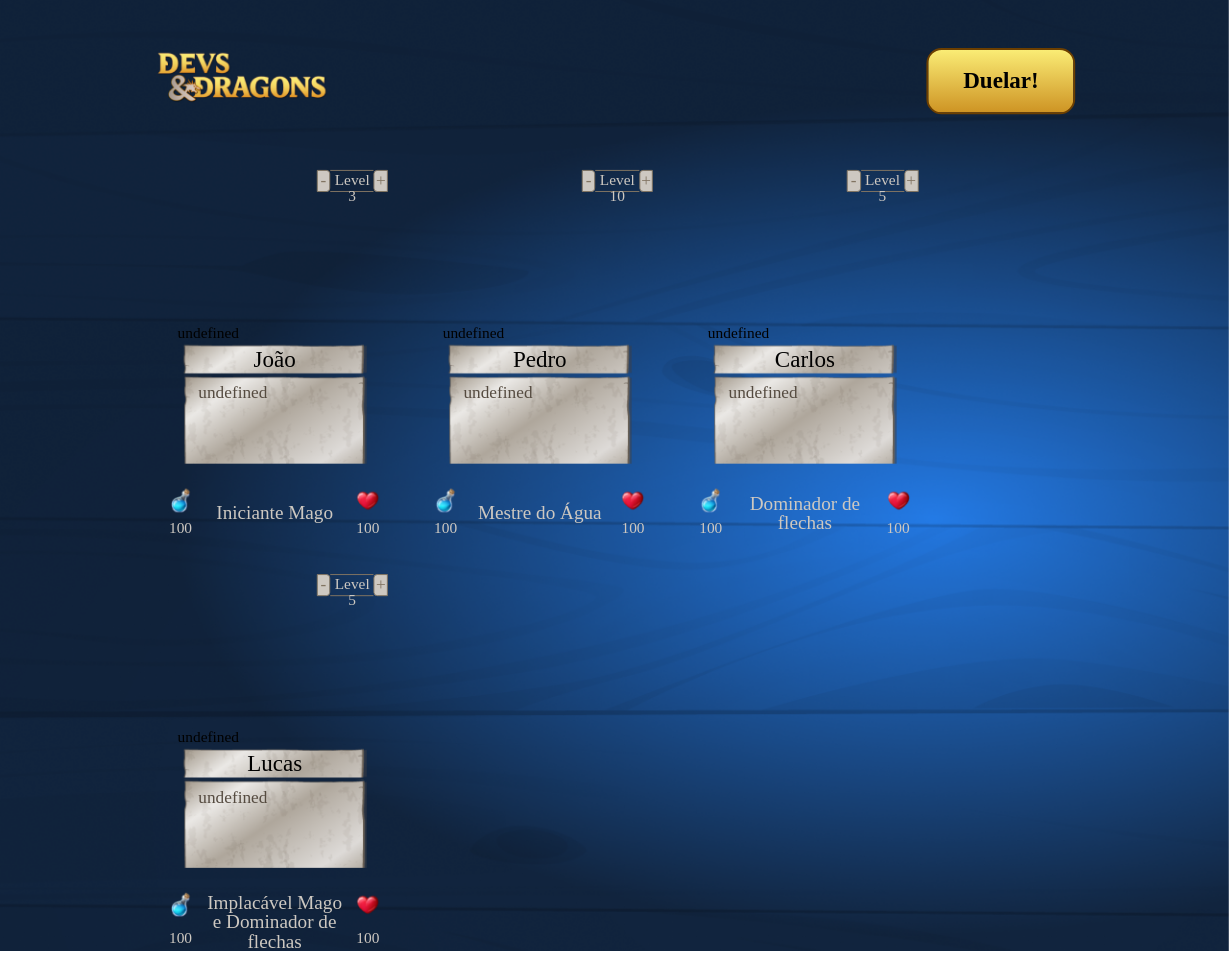
Repository: joaoPraiaJunior/js-classes-herencas-poo
Page: index.html
The author's editor kept a copy of each file at every save. The page is drawn from the files as they stood at one save, then again after the next save.
The browser window is 1280 px wide. The pictures show the whole page, at 96% of full size.
Some web fonts or font styles are not loaded; a fallback is used.

Above is the page before, as saved 2024-09-09 22:12:58.

### index.html
<!DOCTYPE html>
<html lang="pt-BR" dir="ltr">

<head>
    <meta charset="UTF-8">
    <meta http-equiv="X-UA-Compatible" content="IE=edge">
    <meta name="viewport" content="width=device-width, initial-scale=1.0">
    <title>Cartas Personagens</title>
    <link rel="stylesheet" href="./src/assets/css/reset.css">
    <link rel="stylesheet" href="./src/assets/css/style.css">
    <link rel="stylesheet" href="./src/assets/css/modal.css">
    <link rel="icon" type="image/x-icon" href="./src/assets/img/favicon.png">
    <link href="https://fonts.googleapis.com/css2?family=Smythe&family=UnifrakturMaguntia&display=swap"
        rel="stylesheet">
    <link href="https://maxcdn.bootstrapcdn.com/font-awesome/4.7.0/css/font-awesome.min.css" rel="stylesheet">
</head>

<body>
    <header>
        <h1 class="titulo"><img src="./src/assets/img/logo.png" alt="logo Devs&Dragons"></h1>
        <button class="botao-duelar">Duelar!</button>
    </header>

    <ul id="personagens" class="personagens"></ul>

    <div class="fundo-modal" id="fundo-modal"></div>
    <div class="modal" id="modal">
        <img src="./src/assets/img/trofeu.png" alt="">
        <span class="mensagem"></span>
        <button class="modal-fechar-botao" id="fechar-botao"><i class="fa fa-times"></i></button>
    </div>

    <script type="module" src="./src/index.js"></script>
</body>

</html>

### src/assets/css/style.css
:root {
    --fonte-titulo-cartas: 'UnifrakturMaguntia', cursive;
    --fonte-textos: 'Smythe', cursive;
}

/*Genéricos*/

body {
    font-family: var(--fonte-textos);
    background-image: url(../img/fundo-madeira.png);
    height: 100vh;
}

header,
.personagens {
    width: 75%;
    margin: auto;
}

header {
    display: flex;
    justify-content: space-between;
    margin-top: 50px;
    margin-bottom: 50px;
    max-width: 1357px;
}

.titulo {
    color: white;
    font-size: 48px;
}

.botao-duelar {
    background: linear-gradient(180deg, #FAEC75 0%, #CE9424 100%);
    border: 2px solid #6C3F00;
    border-radius: 16px;
    font-family: var(--fonte-titulo-cartas);
    font-weight: 700;
    font-size: 24px;
    line-height: 31px;
    padding: 8px 36px;
}

.personagens {
    display: flex;
    flex-wrap: wrap;
    gap: 1.5rem;
    max-width: 1357px;
}

.personagem {
    width: 252.18px;
    cursor: pointer;
    transition: all 0.3s;
}

.personagem.selecionado {
    transform: translateY(-1.25rem);
}

.container-superior {
    height: 332px;
    position: relative;
}

.cabecalho {
    display: flex;
    justify-content: space-between;
    margin-bottom: 137px;
}

.combate {
    height: 53.33px;
    width: 53.33px;
    background-size: contain;
}

.level {
    height: 22.86px;
    display: flex;
    width: 74.66px;
    align-items: center;
    margin-top: 8px;
    margin-right: 8px;
    position: relative;
    z-index: 99;
}

.aumentar-level,
.diminuir-level {
    font-family: var(--fonte-textos);
    color: #817462;
    font-size: 18px;
    background-color: #CDC8C1;
    width: 14.86px
}

.aumentar-level {
    border: 1px solid #817462;
    border-radius: 4px 0 0 4px;
}

.diminuir-level {
    border: 1px solid #817462;
    border-radius: 0 4px 4px 0;
}

.level-texto {
    width: 45.71px;
    border-bottom: 1px solid #817462;
    border-top: 1px solid #817462;
    color: #CDC8C1;
    text-align: center;
    height: 22.86px;
    padding-top: 2px;
}

.container-imagem {
    height: 160px;
    height: 166px;
    width: 79%;
    position: absolute;
    top: 21px;
    left: 25px;
}

.imagem {
    height: 148.56px;
}

.container-static tipo {
    background-image: url(../img/tarja-azul.png);
    background-repeat: no-repeat;
    height: 40px;
    width: 78%;
    position: absolute;
    top: 125px;
    left: 25px;
}

.static tipo {
    font-family: var(--fonte-titulo-cartas);
    text-align: center;
    padding: 12px 0;
    font-weight: 700;
    font-size: 22px;
}

.container-nome {
    background-image: url(../img/fundo-nome.png);
    background-repeat: no-repeat;
    height: 31.63px;
    width: 191px;
    margin: auto;

}

.nome {
    font-size: 24px;
    line-height: 30px;
    text-align: center;

}

.container-descricao {
    background-image: url(../img/fundo-descricao.png);
    background-repeat: no-repeat;
    height: 92px;
    width: 191px;
    margin: auto;
}

.descricao {
    font-size: 18px;
    line-height: 21px;
    color: #554B40;
    padding: 8px 16px;
}

.container-inferior {
    height: 65px;
    gap: 8px;
    display: grid;
    padding: 8px 16px;
    grid-template-columns: auto 1fr auto;
    grid-template-areas:
        "mana insignia vida"
        "valor-mana insignia valor-vida";
}

.mana,
.vida,
.insignia {
    color: #CDC8C1;
}

.mana {
    grid-area: valor-mana;
}

.vida {
    grid-area: valor-vida;
}

.icone-vida {
    grid-area: vida;
}

.icone-mana {
    grid-area: mana;
}

.insignia {
    grid-area: insignia;
    justify-self: center;
    align-self: center;
    font-size: 20px;
    text-align: center;

}

/*Mago*/

.Mago .container-superior {
    background-image: url(../img/fundo-carta-verde.png);
}

.Mago .container-inferior {
    background-image: url(../img/retangulo-verde.png);
}

.Mago .combate {
    background-image: url(../img/combate-mago.png);
}

.Mago .level-texto {
    background: radial-gradient(#1F270A, #66A002);
}

.Mago .imagem {
    background-image: url(../img/mago.png);
    background-repeat: no-repeat;
}

/*Arqueiro*/

.Arqueiro .container-superior {
    background-image: url(../img/fundo-carta-azul.png);
}

.Arqueiro .container-inferior {
    background-image: url(../img/retangulo-azul.png);
}

.Arqueiro .combate {
    background-image: url(../img/combate-arqueiro.png);
}

.Arqueiro .level-texto {
    background: radial-gradient(#072041, #145BAB);
}

.Arqueiro .imagem {
    background-image: url(../img/arqueiro.png);
    background-repeat: no-repeat;
}

/*Guerreiro*/

.Guerreiro .container-superior {
    background-image: url(../img/fundo-carta-vermelha.png);
}

.Guerreiro .container-inferior {
    background-image: url(../img/retangulo-vermelho.png);
}

.Guerreiro .combate {
    background-image: url(../img/combate-guerreiro.png);
}

.Guerreiro .level-texto {
    background: radial-gradient(#56272D, #C1272D);
}

.Guerreiro .imagem {
    background-image: url(../img/guerreiro.png);
    background-repeat: no-repeat;
}

/*ArqueiroMago*/

.ArqueiroMago .container-superior {
    background-image: url(../img/fundo-carta-roxa.png);
}

.ArqueiroMago .container-inferior {
    background-image: url(../img/retangulo-roxo.png);
}

.ArqueiroMago .combate {
    background-image: url(../img/combate-arqueiro-Mago.png);
}

.ArqueiroMago .level-texto {
    background: radial-gradient(#3D003F, #93278F);
}

.ArqueiroMago .imagem {
    background-image: url(../img/arqueiro-mago.png);
    background-repeat: no-repeat;
}

### src/assets/css/modal.css
.modal {
    pointer-events: none;
    opacity: 0;
    transition: opacity 0.3s;
    position: absolute;
    top: 40%;
    left: 0;
    right: 0;
    width: 336px;
    height: 120px;
    margin: 0 auto;
    padding: 30px;
    background: #fff;
    border-radius: 4px;
    box-shadow: 0 3px 10px rgba(0, 0, 0, 0.3);
    background: linear-gradient(180deg, #FAEC75 0%, #CE9424 100%);
    border: 2px solid #6C3F00;
    z-index: 100;
    display: flex;
    align-items: center;
}

.modal-fechar-botao {
    position: absolute;
    right: 10px;
    top: 10px;
    font-size: 20px;
}

.fundo-modal {
    pointer-events: none;
    opacity: 0;
    transition: opacity 0.3s;
    position: fixed;
    top: 0;
    left: 0;
    right: 0;
    bottom: 0;
    width: 100%;
    height: 100%;
    background-color: rgba(0, 0, 0, 0.5);
    z-index: 99;
}

.visivel {
    opacity: 1;
    pointer-events: auto;
}

.mensagem {
    font-size: 24px;
    line-height: 28px;
    color: #6C3F00;
    margin-left: 24px;
}

### src/index.js
import { PersonagemView } from './components/personagem-view.js';
import { Arqueiro } from './modules/Arqueiro.js';
import { Mago } from './modules/Mago.js';
import { ArqueiroMago } from './modules/arqueiro-mago.js';


const magoJoao = new Mago('João', 3, 'Fogo', 7, 2);
const magoJulia = new Mago('Pedro', 10, 'Água', 5, 7);
const arqueiroCarlos = new Arqueiro('Carlos', 5, 7);
const arqueiroMagoLucas = new ArqueiroMago('Lucas', 5, 7, 'Ar', 3, 7);

const personagens = [magoJoao, magoJulia, arqueiroCarlos, arqueiroMagoLucas];
const personagemView = new PersonagemView(personagens);
personagemView.render();

### src/components/personagem-view.js
export class PersonagemView {

    personagens

    constructor(personagens) {
        this.personagens = personagens
        this.ulPersonagens = document.querySelector('ul#personagens')
    }

    render() {
        this.ulPersonagens.innerHTML = ''
        this.personagens.forEach(personagem => {
            const personagemLI = this.criaPersonagem(personagem)
            this.ulPersonagens.appendChild(personagemLI)
        })
    }

    criaPersonagem = (personagem) => {
        const personagemLI = document.createElement('li')
        personagemLI.classList.add('personagem', personagem.tipo)

        //const estaSelecionado = this.personagensSelecionados.indexOf(personagem) !== -1 //sintaxe para quando encontra no array

        //if (estaSelecionado) personagemLI.classList.add('selecionado')

        personagemLI.innerHTML =

        `
        <div class="container-superior">
            <div class="cabecalho">
                <div class="combate"></div>
                <div class="level">
                    <button class="diminuir-level">-</button>
                    <p class="level-texto">Level ${personagem.level}</p>
                    <button class="aumentar-level">+</button>
                </div>
            </div>
            <div class="container-imagem">
                <div class="imagem"></div>
                <div class="container-tipo">
                    <h2 class="tipo">${personagem.tipo}</h2>
                </div>
            </div>
            <div class="container-nome">
                <h3 class="nome">${personagem.nome}</h3>
            </div>
            <div class="container-descricao">
                <p class="descricao">${personagem.descricao}</p>
            </div>
        </div>
        <div class="container-inferior">
            <img src="./src/assets/img/icone-mana.png" class="icone-mana">
            <p class="insignia">${personagem.obterInsignia()}</p>
            <img src="./src/assets/img/icone-vida.png" class="icone-vida">
            <h4 class="mana">${personagem.mana}</h4>
            <h4 class="vida">${personagem.vida}</h4>
        </div>
        `

        /*const containerLevel = personagemLI.querySelector('.level')
        containerLevel.onclick = (evt) => {
            evt.stopPropagation()

            if (evt.target.classList.contains('diminuir-level')) personagem.diminuirLevel()

            if (evt.target.classList.contains('aumentar-level')) personagem.aumentarLevel()

            this.render()
        }*/


        /*personagemLI.onclick = () => {
            const jaTem2Selecionados = this.personagensSelecionados.length === 2
            if (!jaTem2Selecionados || estaSelecionado) {
                personagemLI.classList.toggle('selecionado')

                if (!estaSelecionado) return this.adicionaSelecao(personagem)

                this.removeSelecao(personagem)
            }
        }*/

        return personagemLI
    }


    /*adicionaSelecao = (personagem) => {
        this.personagensSelecionados.push(personagem)
        this.render()
    }


    removeSelecao = (personagem) => {
        const indexDoPersonagemNoArray = this.personagensSelecionados.indexOf(personagem)
        this.personagensSelecionados.splice(indexDoPersonagemNoArray, 1)
        this.render()
    }

    escutarEventoDuelo() {
        const botaoDuelar = document.querySelector('.botao-duelar')

        botaoDuelar.addEventListener('click', () => {
            if (this.personagensSelecionados.length < 2) return mostrarModal('Selecione 2 personagens')

            const resultadoDuelo = Personagem.verificarVencedor(this.personagensSelecionados[0], this.personagensSelecionados[1])

            mostrarModal(resultadoDuelo)

            this.personagensSelecionados.splice(0, this.personagensSelecionados.length)

            this.render()
        })
    }*/
}

### src/modules/Arqueiro.js
import { Personagem } from './Personagem.js';

export class Arqueiro extends Personagem {
    static tipo = 'Arqueiro'
    destreza

    constructor(nome, level, destreza) {
        super(nome, level)
        this.destreza = destreza
    }

    obterInsignia() {
        if(this.destreza >= 5) {
            return `Dominador de flechas`
        }
        return super.obterInsignia()
    }
}

### src/modules/Mago.js
import { Personagem } from './Personagem.js'

export class Mago  extends Personagem {

    elementoMagico
    levelMagico
    inteligencia
    static tipo = 'Mago'

    constructor(nome, level, elementoMagico, levelMagico, inteligencia) {
        super(nome, level)
        this.elementoMagico = elementoMagico
        this.levelMagico = levelMagico
        this.inteligencia = inteligencia
    }

    obterInsignia() {
        if(this.levelMagico >= 5 && this.inteligencia >= 5) {
            return `Mestre do ${this.elementoMagico}`
        }
        return super.obterInsignia()
    }
}

### src/modules/arqueiro-mago.js
import { Arqueiro } from "./Arqueiro.js";
import { Mago } from "./Mago.js";
import { Personagem } from "./Personagem.js";


export  class ArqueiroMago extends Personagem {
    static tipo = 'ArqueiroMago'
    ladoMago
    ladoArqueiro

    constructor(nome, level, destreza, elementoMagico, levelMagico, inteligencia) {
        super(nome, level)
        this.ladoMago = new Mago(nome, level, elementoMagico, levelMagico, inteligencia)
        this.ladoArqueiro = new Arqueiro(nome, level, destreza)
    }

    obterInsignia() {
        return `${this.ladoMago.obterInsignia()} e ${this.ladoArqueiro.obterInsignia()}`
    }
}

### src/modules/Personagem.js
export class Personagem {
    nome
    vida
    mana
    level
    descricao

    constructor(nome, level, vida, mana, tipo, descricao) {
        this.nome = nome;
        this.level = level;
        this.vida = 100;
        this.mana = 100;
        this.descricao = descricao;
    }

    obterInsignia() {
        if(this.level >= 5) {
            return `Implacável ${this.constructor.tipo} `
        }

        return `Iniciante ${this.constructor.tipo}`
    }
}

Loaded but not shown: src/assets/css/reset.css (common file)

After the next save:
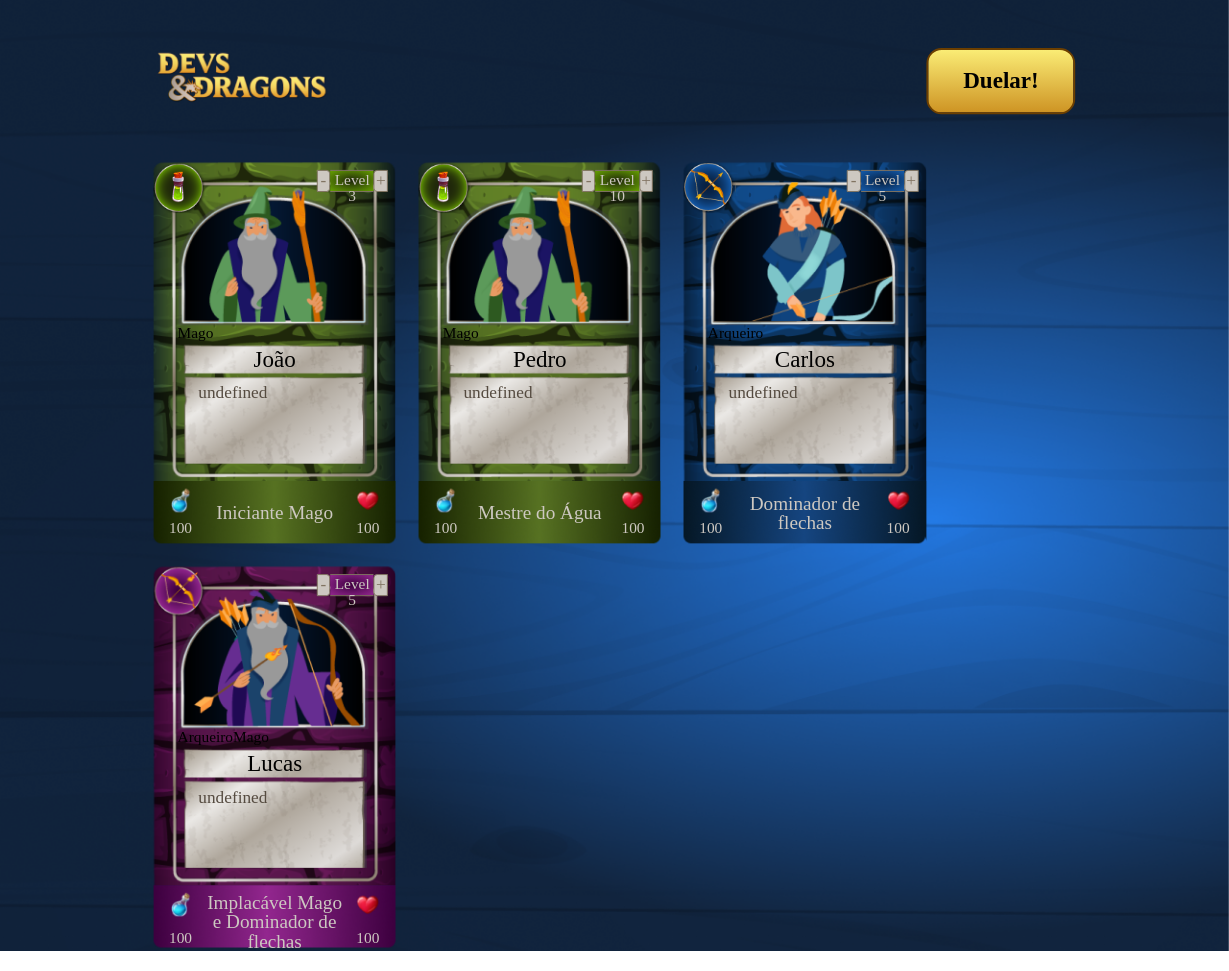
Saved 26 s later.
--- a/src/components/personagem-view.js
+++ b/src/components/personagem-view.js
@@ -17,7 +17,7 @@
 
     criaPersonagem = (personagem) => {
         const personagemLI = document.createElement('li')
-        personagemLI.classList.add('personagem', personagem.tipo)
+        personagemLI.classList.add('personagem', personagem.constructor.tipo)
 
         //const estaSelecionado = this.personagensSelecionados.indexOf(personagem) !== -1 //sintaxe para quando encontra no array
 
@@ -38,7 +38,7 @@
             <div class="container-imagem">
                 <div class="imagem"></div>
                 <div class="container-tipo">
-                    <h2 class="tipo">${personagem.tipo}</h2>
+                    <h2 class="tipo">${personagem.constructor.tipo}</h2>
                 </div>
             </div>
             <div class="container-nome">
